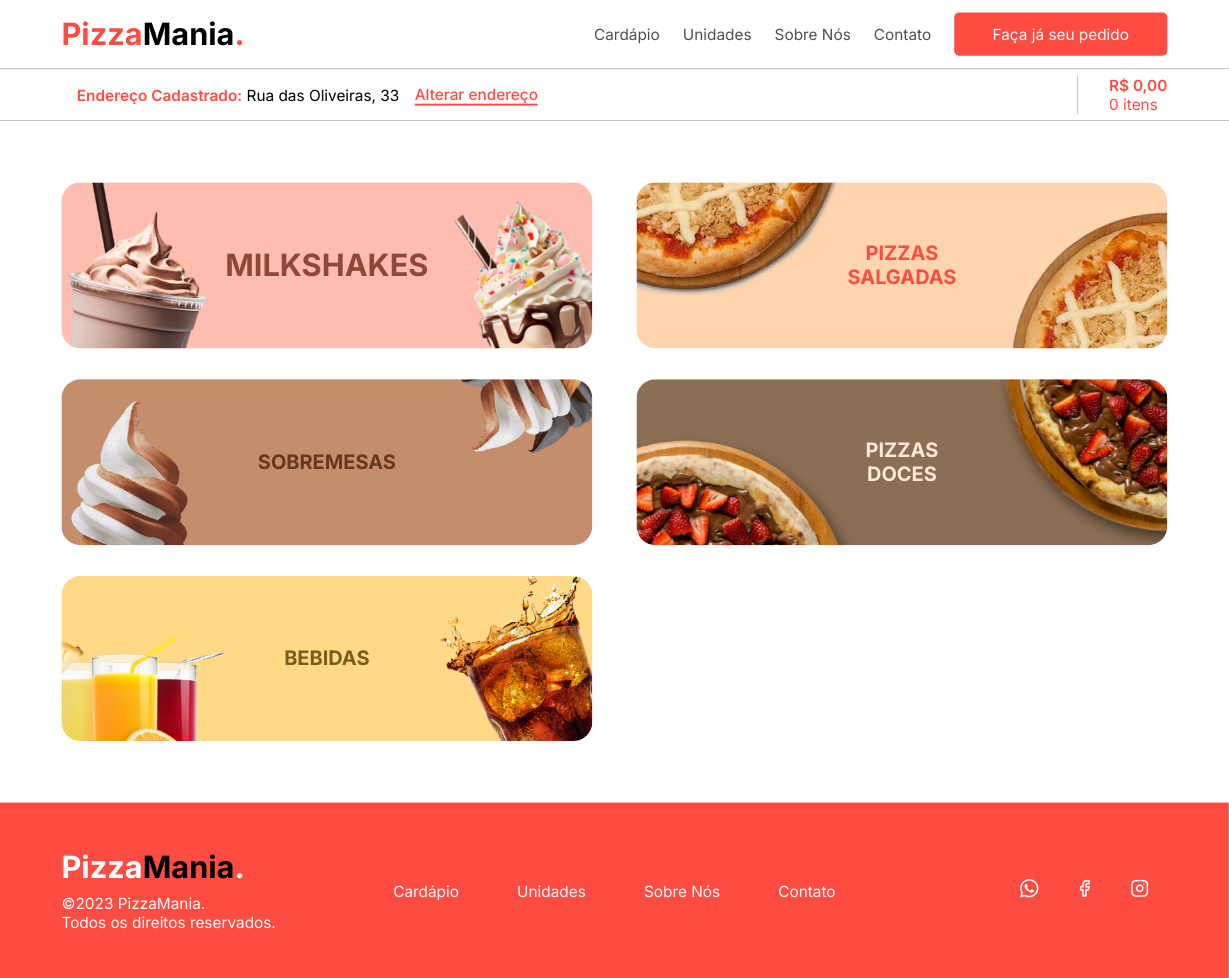
Repository: lucas-albuq/PizzaMania
Page: assets/pages/cardapio.html
These files come from the project's save history. The page is drawn as it stood at one moment and after the next save; the edit follows.
The browser window is 1280 px wide. The pictures show the whole page, at 96% of full size.
The pointer rests on the first visible `.categorias-cardapio a`.
Some icons come from a web library that is not loaded, so they are not drawn. Some web libraries are served in a nearby version.

Above is the page before, as saved 2024-01-04 21:55:16.

After the next save:
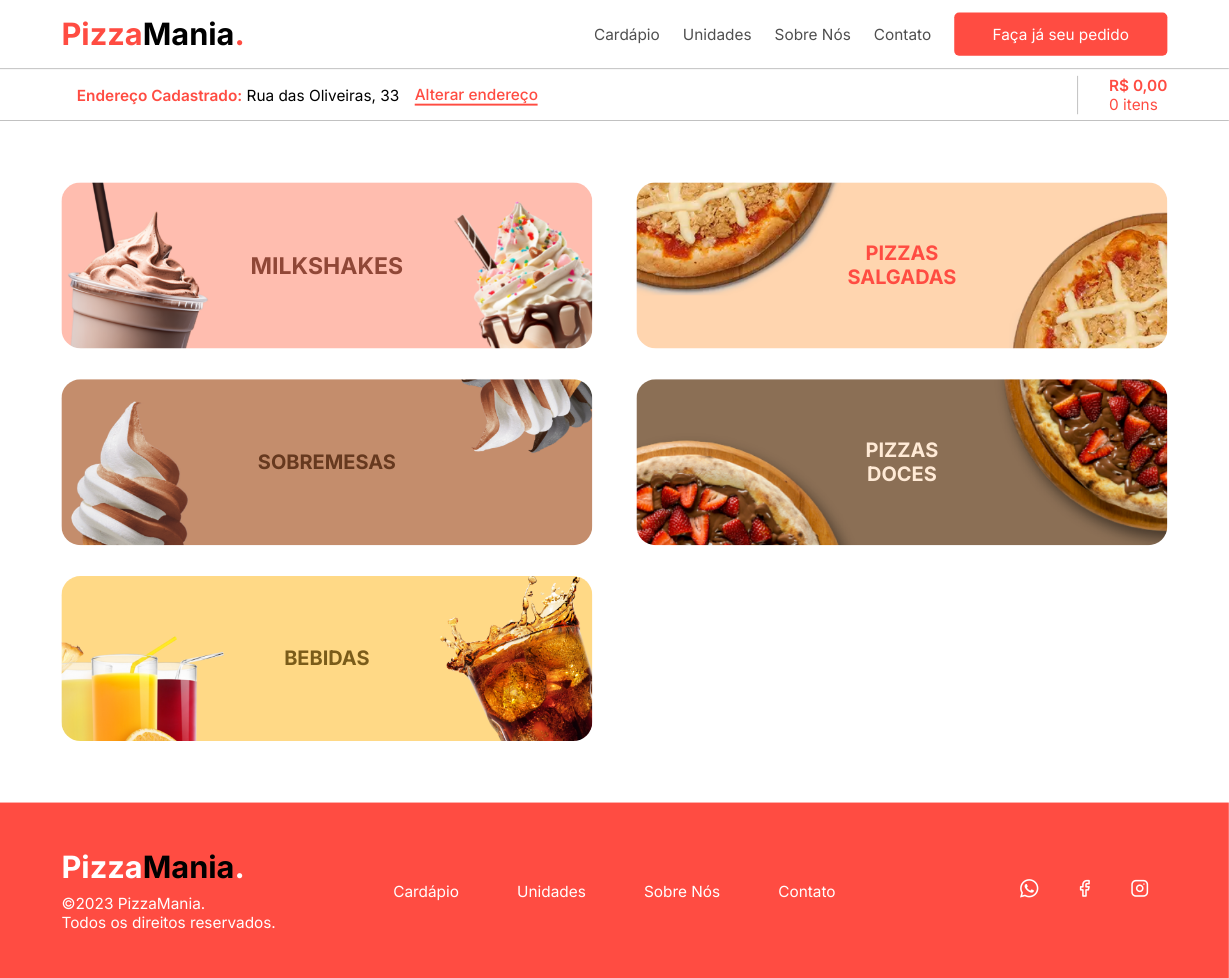
Saved 8 s later.
--- a/assets/css/pizzamania.css
+++ b/assets/css/pizzamania.css
@@ -405,7 +405,7 @@ footer .footer{
 }
 
 .categorias-cardapio a:hover h2{
-  font-size: 2em
+  font-size: 1.5em
 }
 
 .categorias-cardapio .milkshakes{
